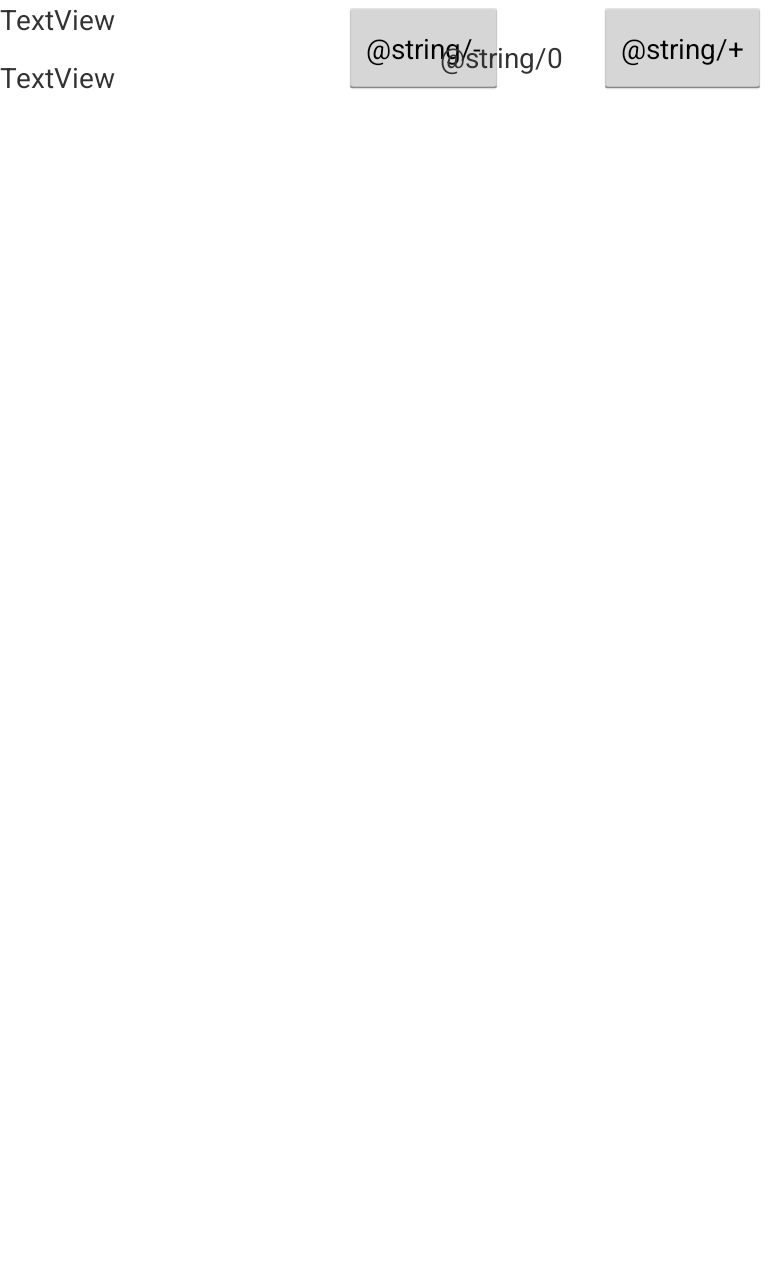
Repository: TeamSuperion/TeamSuperionSextonCalculator
Layout: SextonCalculator/res/layout/activity_browse_row.xml
These files come from the project's save history. The layout is drawn as it stood at one moment and after the next save; the edit follows.
It is drawn on a 768 x 1280 px phone screen (xhdpi) without system bars, with theme AppTheme; the app's code is not run.

Above is the layout before, as saved 2012-11-10 23:38:50.

After the next save:
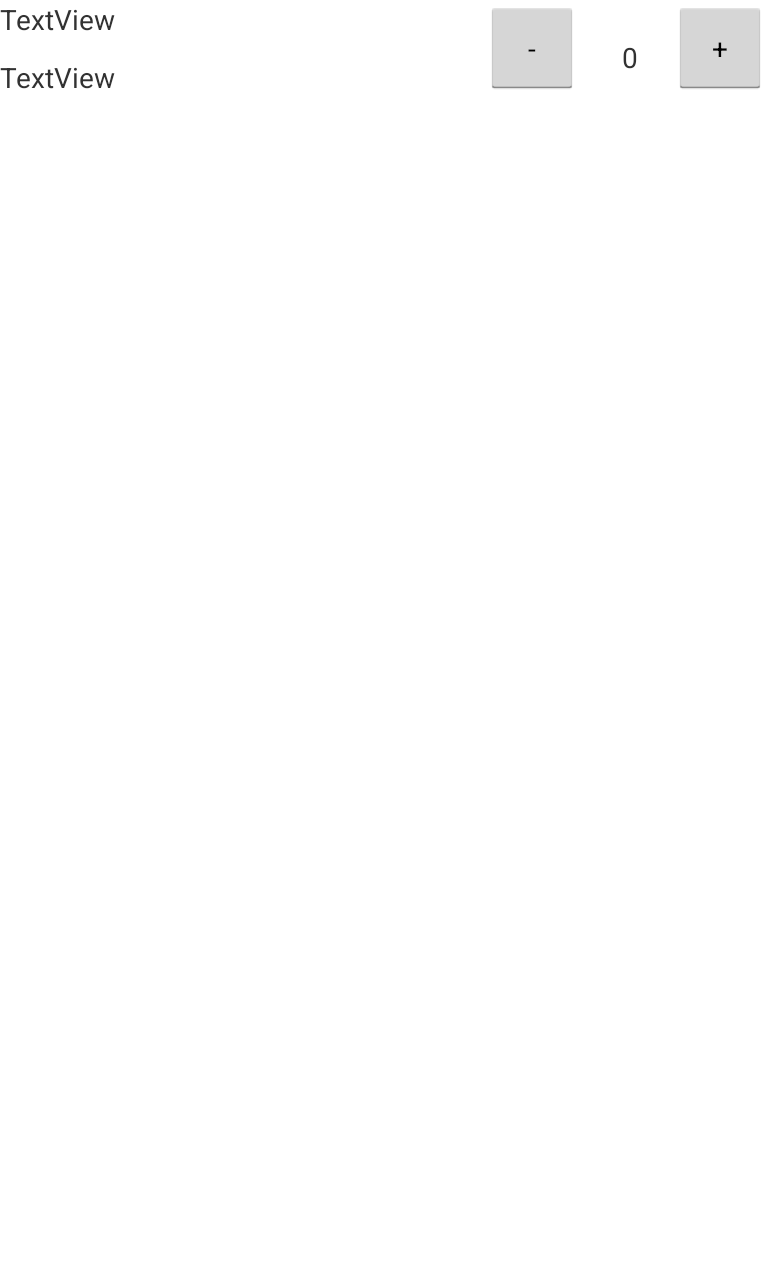
Saved 16 s later.
--- a/SextonCalculator/res/layout/activity_browse_row.xml
+++ b/SextonCalculator/res/layout/activity_browse_row.xml
@@ -12,7 +12,7 @@
         android:layout_height="wrap_content"
         android:layout_alignParentRight="true"
         android:layout_alignParentTop="true"
-        android:text="@string/+"
+        android:text="@string/plus"
         android:onClick="increaseQuantity" />
 
     <TextView
@@ -31,7 +31,7 @@
         android:layout_alignParentTop="true"
         android:layout_marginRight="46dp"
         android:layout_toLeftOf="@+id/itemIncrease_button"
-        android:text="@string/-"
+        android:text="@string/minus"
         android:onClick="decreaseQuantity" />
 
     <TextView
@@ -41,7 +41,7 @@
         android:layout_below="@+id/itemName_textView"
         android:layout_marginRight="17dp"
         android:layout_toLeftOf="@+id/itemIncrease_button"
-        android:text="@string/0" />
+        android:text="@string/zero" />
 
     <TextView
         android:id="@+id/itemPrice_textView"
